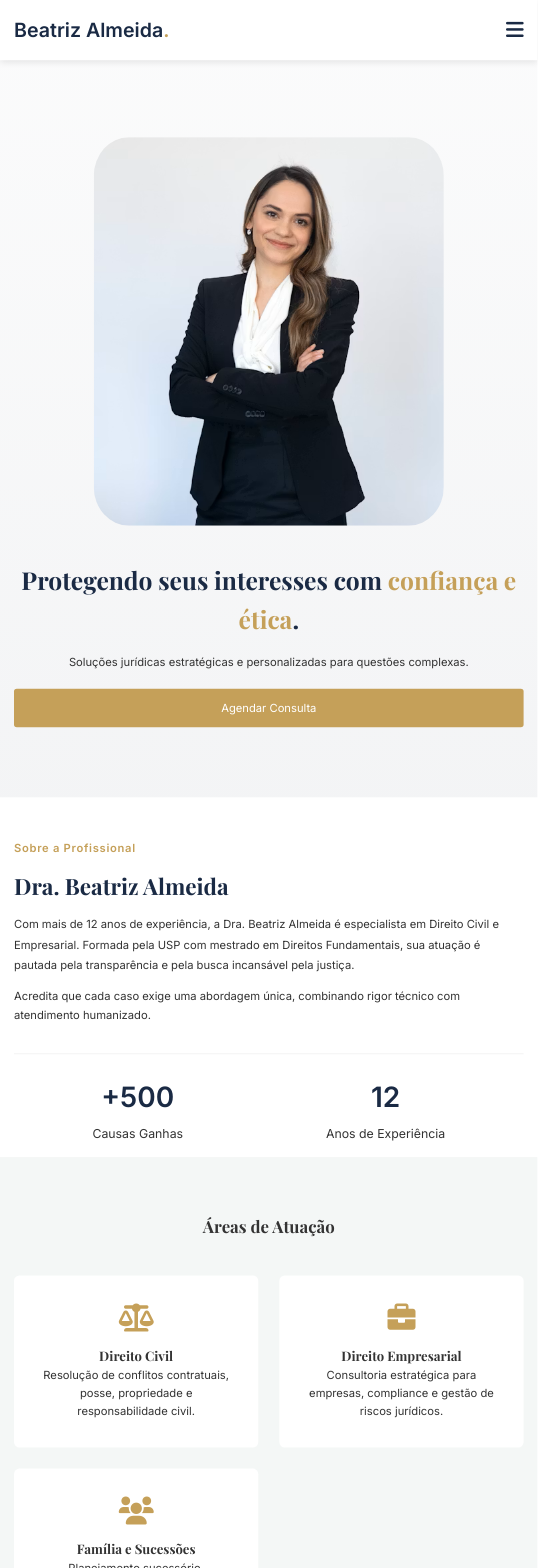
Repository: davidfsillva/beatriz-almeida-adv
Page: index.html
An editor plug-in stored every save of this project. The page is shown before and after the next save, followed by the edit.
The browser window is 768 px wide. The pictures show the part of the page from y = 0 to 2240 px (the page is 3779 px tall before and 3769 px after), at 70% of full size.

Above is the page before, as saved 2026-02-13 13:32:42.

After the next save:
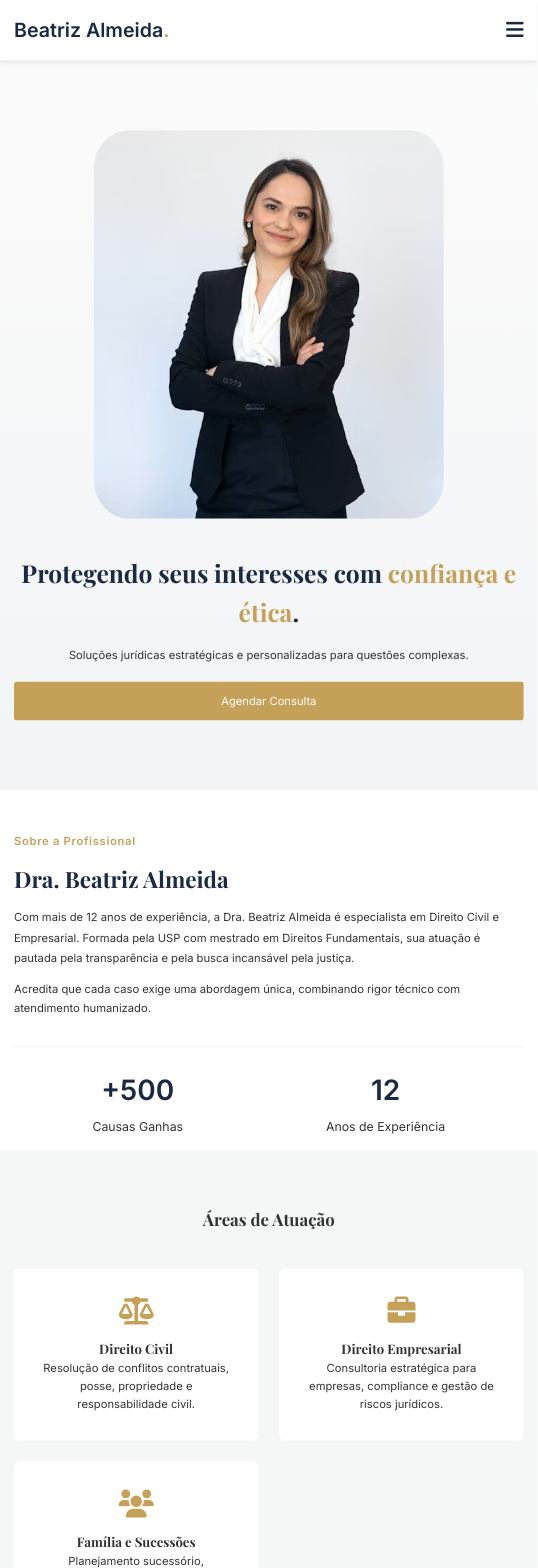
Saved 23 s later.
--- a/style.css
+++ b/style.css
@@ -431,7 +431,7 @@ nav {
 
     .hero-img {
         order: -1;             /* Foto aparece antes do texto no mobile */
-        margin-top: -30px; /* sobe a imagem */
+        margin-top: -40px; /* sobe a imagem */
 
     }
 
